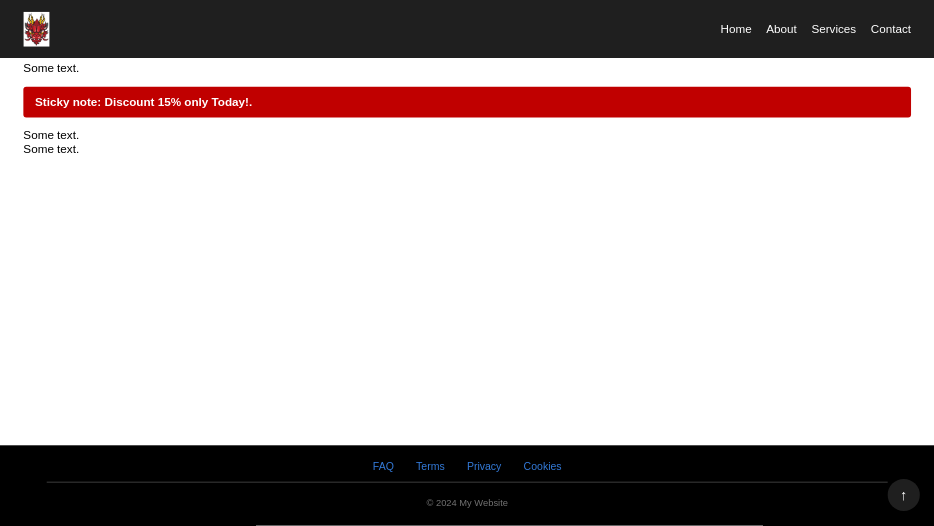
Repository: andreamm-lab/css-positioning-examples-2025-10
Page: index.html
These files come from the project's save history. The page is drawn as it stood at one moment and after the next save; the edit follows.
The browser window is 1280 px wide. The pictures show the whole page, at 73% of full size.

Above is the page before, as saved 2025-11-10 19:58:29.

After the next save:
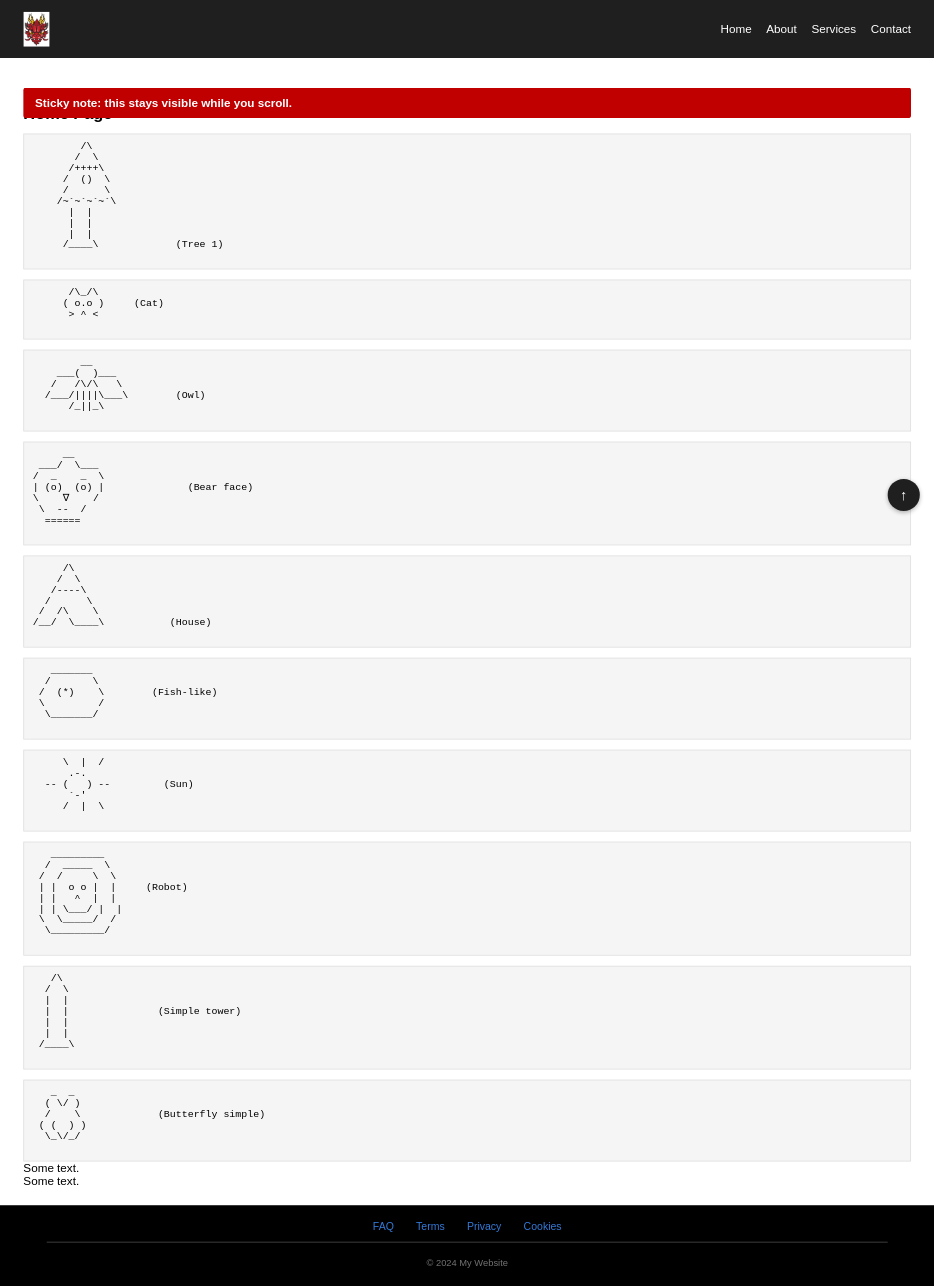
Saved 2 s later.
--- a/index.html
+++ b/index.html
@@ -36,12 +36,105 @@
     <h1 id="page-title" style="text-align: center;">Home Page</h1>
 
     <section class="section-a">
-      <p>Some text.</p>
+      <!-- elemento sticky dentro del contenido de Home -->
+      <div class="home-sticky-box">
+        Sticky note: this stays visible while you scroll.
+      </div>
 
-      <!-- Sticky Element in Home -->
-      <div class="home-sticky-box">
-        Sticky note: Discount 15% only Today!.
-      </div>
+      <!-- título debajo del sticky -->
+      <h2 class="home-subtitle">Home Page</h2>
+
+      <!-- ASCII art -->
+      <pre class="symbol-art">
+        /\
+       /  \
+      /++++\
+     /  ()  \
+     /      \
+    /~`~`~`~`\
+      |  |
+      |  |
+      |  |
+     /____\             (Tree 1)
+      </pre>
+
+      <pre class="symbol-art">
+      /\_/\
+     ( o.o )     (Cat)
+      > ^ <
+      </pre>
+
+      <pre class="symbol-art">
+        __
+    ___(  )___
+   /   /\/\   \
+  /___/||||\___\        (Owl)
+      /_||_\
+      </pre>
+
+      <pre class="symbol-art">
+     __
+ ___/  \___
+/  _    _  \
+| (o)  (o) |              (Bear face)
+\    ∇    /
+ \  --  /
+  ======
+      </pre>
+
+      <pre class="symbol-art">
+     /\
+    /  \
+   /----\
+  /      \
+ /  /\    \
+/__/  \____\           (House)
+      </pre>
+
+      <pre class="symbol-art">
+   _______
+  /       \
+ /  (*)    \        (Fish-like)
+ \         /
+  \_______/
+      </pre>
+
+      <pre class="symbol-art">
+     \  |  /
+      .-.
+  -- (   ) --         (Sun)
+      `-'
+     /  |  \
+      </pre>
+
+      <pre class="symbol-art">
+   _________
+  /  _____  \
+ /  /     \  \
+ | |  o o |  |     (Robot)
+ | |   ^  |  |
+ | | \___/ |  |
+ \  \_____/  /
+  \_________/
+      </pre>
+
+      <pre class="symbol-art">
+   /\
+  /  \
+  |  |
+  |  |               (Simple tower)
+  |  |
+  |  |
+ /____\
+      </pre>
+
+      <pre class="symbol-art">
+   _  _
+  ( \/ )
+  /    \             (Butterfly simple)
+ ( (  ) )
+  \_\/_/
+      </pre>
     </section>
 
     <section class="section-b">
@@ -52,7 +145,7 @@
     </section>
   </main>
 
-  <!-- Button: type back to top -->
+  <!-- botón back to top -->
   <button id="back-to-top" onclick="window.scrollTo({top: 0, behavior: 'smooth'});">↑</button>
 
   <!------------------------------------- Footer ------------------------------------->
